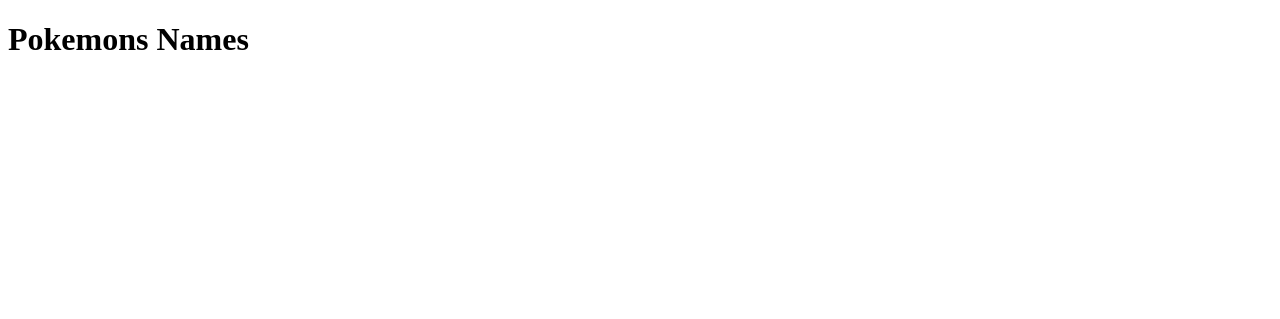
Repository: Fariaddd/javascript-1-module-3
Page: poke poke/poke.html
These files come from the project's save history. The page is drawn as it stood at one moment and after the next save; the edit follows.
The browser window is 1280 px wide. The pictures show the whole page.
The page's requests for data from a server got no answer.

Above is the page before, as saved 2022-02-26 20:02:48.

After the next save:
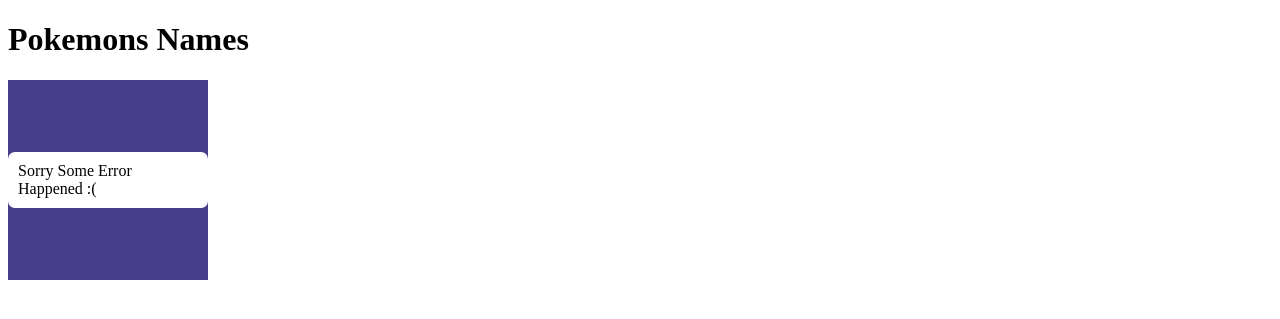
Saved 116 s later.
--- a/poke poke/js-js/poke.js
+++ b/poke poke/js-js/poke.js
@@ -23,25 +23,24 @@
 
 //kitchen();  // run the code
 
-async function getpokemonNames() {
+async function getPokemonNames() {
     try {
         const response = await fetch(APIUrl);
-        //console.log(response);
-        const responseJSON = await response.JSON();
+        // console.log(response);
+        const responseJSON = await response.json(); // convert the response to json data
         console.log(responseJSON);
-        const pokemonsData = responseJSON.result
+        const pokemonsData = responseJSON.results;
         console.log(pokemonsData);
-        for (let i = 0; i < pokemonsData.lenght; i++) {
-            console.log(pokemonsData);
-            pokemonsContainer.innerHTML += `<li><span>${pokemonsData[i].name}</span></li>`
+        for (let i = 0; i < pokemonsData.length; i++) {
+            console.log(pokemonsData[i]);
+            pokemonsContainer.innerHTML += `<li><span><a href="pokemon-details.html?name=${pokemonsData[i].name}">${pokemonsData[i].name}</a></span></li>`
         }
 
+    } catch (error) {
+        console.log("Some error happened :(", error);
+        pokemonsContainer.innerHTML = `<li><span>sorry some error happened :(</span></li>`
 
     }
-    catch (error) {
-        console.log("some error happend : (", error)
-    }
+}
 
-
-}
-getpokemonNames();
+getPokemonNames();

After the 3 saves that followed:
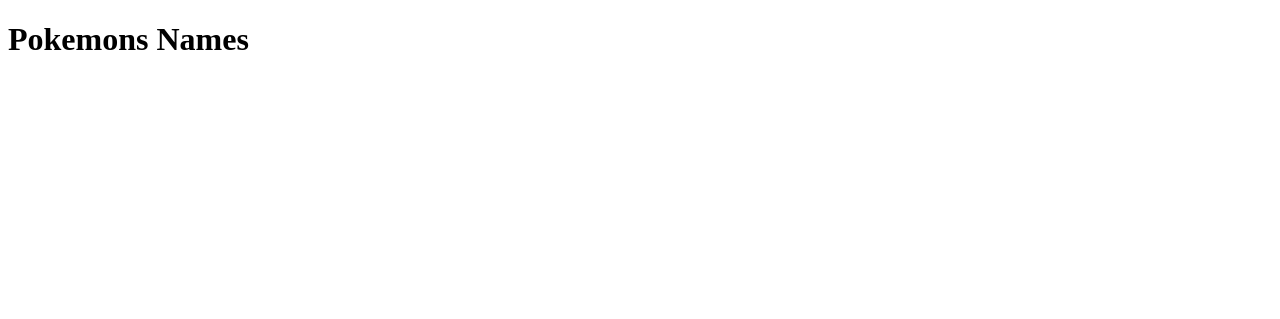
The 3 saves are shown as one change because 2 left the picture as it was.
The last was saved 41 s later.
--- a/poke poke/js-js/poke.js
+++ b/poke poke/js-js/poke.js
@@ -23,24 +23,25 @@
 
 //kitchen();  // run the code
 
-async function getPokemonNames() {
+async function getpokemonNames() {
     try {
         const response = await fetch(APIUrl);
-        // console.log(response);
-        const responseJSON = await response.json(); // convert the response to json data
+        //console.log(response);
+        const responseJSON = await response.JSON();
         console.log(responseJSON);
-        const pokemonsData = responseJSON.results;
+        const pokemonsData = responseJSON.result
         console.log(pokemonsData);
-        for (let i = 0; i < pokemonsData.length; i++) {
-            console.log(pokemonsData[i]);
-            pokemonsContainer.innerHTML += `<li><span><a href="pokemon-details.html?name=${pokemonsData[i].name}">${pokemonsData[i].name}</a></span></li>`
+        for (let i = 0; i < pokemonsData.lenght; i++) {
+            console.log(pokemonsData);
+            pokemonsContainer.innerHTML += `<li><span>${pokemonsData[i].name}</span></li>`
         }
 
-    } catch (error) {
-        console.log("Some error happened :(", error);
-        pokemonsContainer.innerHTML = `<li><span>sorry some error happened :(</span></li>`
 
     }
+    catch (error) {
+        console.log("some error happend : (", error)
+    }
+
+
 }
-
-getPokemonNames();
+getpokemonNames();
